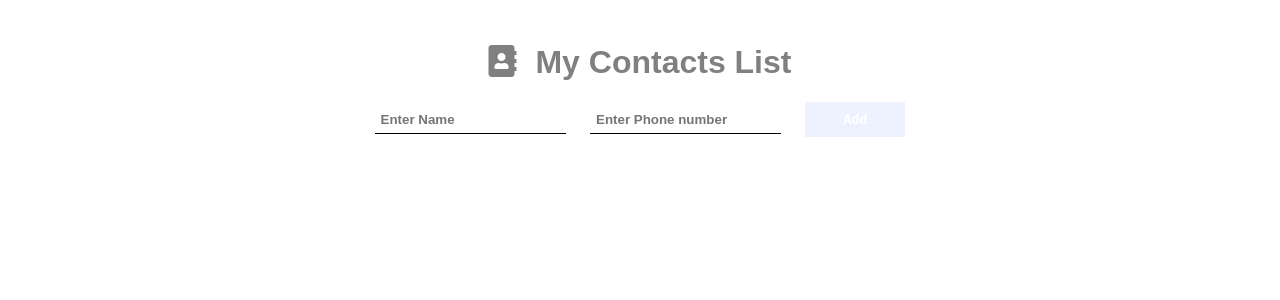
Repository: Sayan-100/Contact-List
Page: http://localhost/
The author's editor kept a copy of each file at every save. The page is drawn from the files as they stood at one save, then again after the next save.
The browser window is 1280 px wide. The pictures show the whole page.
The pointer rests on the first visible `button`.
Some web libraries are served in a nearby version. The page is served by the project's Node server (index.js). Other server files are loaded and not shown. Queries for data that is not in the repository find no rows.

Above is the page before, as saved 2022-01-09 22:08:18.

### views/home.ejs
<html>

<head>
    <title>
        <%=locals.title%>
    </title>

    <link rel="stylesheet" href="https://use.fontawesome.com/releases/v5.5.0/css/all.css" integrity="sha384-B4dIYHKNBt8Bc12p+WXckhzcICo0wtJAoU8YZTY5qE0Id1GSseTk6S+L3BlXeVIU" crossorigin="anonymous">

    <!-- our css should below all the style so that we can override -->
    <link rel="stylesheet" href="/css/home.css">

</head>

<body>
    <h1 id="page-heading">
        <i class="fas fa-address-book "></i> My Contacts List
    </h1>
    <div id="contact-list-container">
        <ul>
            <% for(let i of contact_list) {%>
                <li class="contact">
                    <div class="details-name">
                        <p>
                            <%= i.name %>
                        </p>
                    </div>
                    <div class="details-contact-number delete-button">

                        <div>
                            <p>
                                <%= i.phone %>
                            </p>
                        </div>

                        <div>
                            <a href="/delete-contact/?id=<%=i._id%>">
                                <i class="fas fa-window-close"></i>
                            </a>
                        </div>
                    </div>
                </li>
                <% } %>
        </ul>
    </div>

    <form id="new-contact-form" action="/create_contact" method="POST">
        <input type="text" name="name" required placeholder="Enter Name">
        <input type="number" name="phone" required placeholder="Enter Phone number">

        <button type="submit">Add</button>

    </form>

    <script type="text/javascript" src="/js/home.js">
    </script>

</body>

</html>

### index.js
const express = require('express');
const path = require('path');
const port = 8000;

const db = require('./config/mongoose');
const Contact = require('./models/contact');

const app = express();


app.set('view engine', 'ejs');
app.set('views', path.join(__dirname, 'views'));
app.use(express.urlencoded());
app.use(express.static('assets'));

//middleware 1
// app.use(function(req, res, next) {
//     req.myName = "Sayan";
//     // console.log("middleware 1 called");
//     next();
// })

//middleware 2
// app.use(function(req, res, next) {
//     console.log('My name from middleware 2', req.myName);
//     next();
// })

// var contactList = [{
//         name: "Arapan sir",
//         phone: "1111111111"
//     },

//     {
//         name: "Coding Ninjas",
//         phone: "2111222222"
//     },

//     {
//         name: "Sayan",
//         phone: "4444444444"
//     }

// ];


app.get('/', function(req, res) {
    // console.log(__dirname);
    // res.send('<h1>cool, it is running or is it?</h1>');
    //return

    // console.log("from the get route", req.myName);

    Contact.find({}, function(err, contacts) {
        if (err) {
            console.log('Error in fetching contact list from db');
            return;
        }

        return res.render('home', {
            title: "My contacts list",
            contact_list: contacts
        });

    });


    // return res.render('home', {
    //     title: "My contacts list",
    //     contact_list: contactList
    // });

});

app.get('/practice', function(req, res) {
    return res.render('practice', {
        title: "Let us play with ejs"
    });
});

app.get('/delete-contact', function(req, res) {
    //console.log(req.query);
    //let phone = req.query.phone;
    let id = req.query.id;
    Contact.findByIdAndDelete(id, function(err) {
        if (err) {
            console.log('error in deleting a object form database');
            return;
        }

        return res.redirect('back');
    });
    // let contactIndex = contactList.findIndex(contact => contact.phone == phone);

    // if (contactIndex != -1) {
    //     contactList.splice(contactIndex, 1);
    // }

    // return res.redirect('back');
});

app.get('/', function(req, res) {

});


app.post('/create_contact', function(req, res) {
    // return res.redirect('/practice');
    // contactList.push({
    //     name: req.body.name,
    //     phone: req.body.phone
    // });
    // contactList.push(req.body);
    Contact.create({
        name: req.body.name,
        phone: req.body.phone
    }, function(err, newContact) {
        if (err) {
            console.log('error in creating a contact!');
            return;
        }

        console.log('*********', newContact);
        return res.redirect('back');

    });

    // return res.redirect('/');
    // return res.redirect('back');
});

app.listen(port, function(err) {

    if (err) {
        console.log('Error in running Server');
    }

    console.log('Yup. My express server is running on port', port);
});

### assets/css/home.css
    body {
        margin: 0;
        font-family: sans-serif;
        text-align: center;
    }

    #page-heading {
        text-align: center;
        margin-top: 25px;
        color: grey;
    }

    li {
        list-style: none;
        display: flex;
        justify-content: space-between;
        width: 90%;
        background-color: #D77FA1;
        margin-bottom: 5px;
        font-weight: 600;
        overflow: hidden;
        color: white;
        font-family: monaco;
    }

    li:hover {
        background-color: #BAABDA;
    }

    input {
        margin-right: 20px;
        padding: 6px;
        border: transparent;
        border-bottom: 1px solid black;
        font-family: sans-serif;
        font-weight: 700;
    }

    button {
        padding: 6px;
        width: 100px;
        height: 35px;
        background-color: #C7B198;
        font-family: monaco;
        font-weight: 600;
        color: white;
        border: none;
    }

    button:hover {
        background-color: #EEF2FF;
    }

    p {
        display: inline-block;
        padding-left: 2rem;
        padding-right: 5rem;
    }

    .details-contact-number {
        display: flex;
        justify-content: space-evenly;
    }

    i {
        margin-top: 20px;
        margin-right: 10px;
    }

Loaded but not shown: assets/js/home.js (common file)

After the next save:
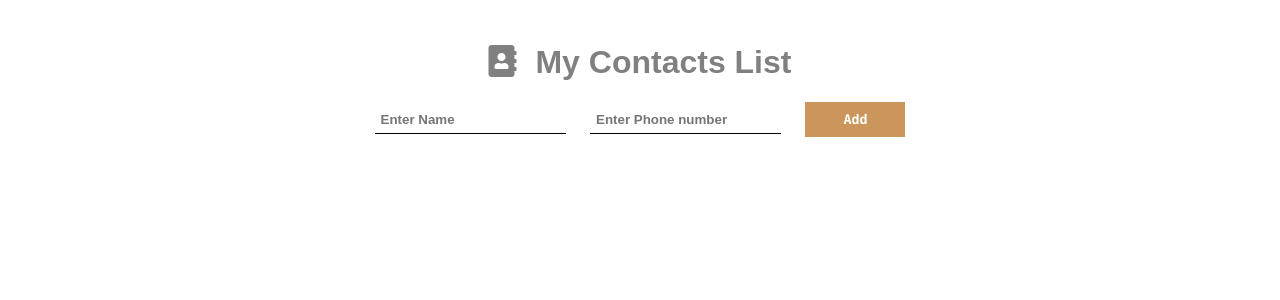
Saved 46 s later.
--- a/assets/css/home.css
+++ b/assets/css/home.css
@@ -48,7 +48,7 @@
     }
 
     button:hover {
-        background-color: #EEF2FF;
+        background-color: #CA965C;
     }
 
     p {
